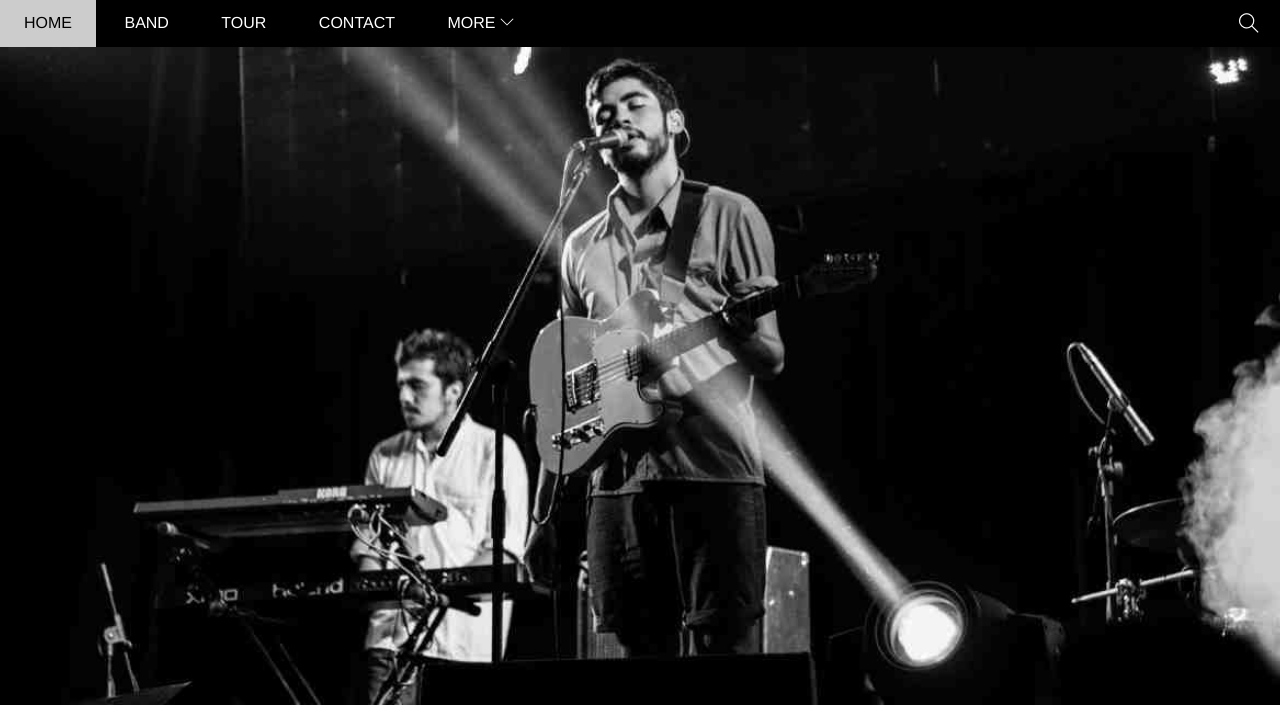
Repository: qhoa25623/The-Band
Page: index.html
These files come from the project's save history. The page is drawn as it stood at one moment and after a run of saves; the edit follows.
The browser window is 1280 px wide. The pictures show the whole page.

Above is the page before, as saved 2022-04-25 22:41:49.

### index.html
<!DOCTYPE html>
<html lang="en">
  <head>
    <meta charset="UTF-8" />
    <meta http-equiv="X-UA-Compatible" content="IE=edge" />
    <meta name="viewport" content="width=device-width, initial-scale=1.0" />
    <title>Document</title>
    <link rel="stylesheet" href="./assets/css/styles.css" />
    <link rel="stylesheet" href="./assets/fonts/themify-icons/themify-icons.css" />
  </head>
  <body>
    <div id="main">
      <div id="header">
        <ul id="nav">
          <li><a href="">Home</a></li>
          <li><a href="">Band</a></li>
          <li><a href="">Tour</a></li>
          <li><a href="">Contact</a></li>
          <li>
            <a href="">
              More
              <i class="nav-arrow-down ti-angle-down"></i>
            </a>
            <ul class="subnav">
              <li><a href="">Merchandise</a></li>
              <li><a href="">Extras</a></li>
              <li><a href="">Media</a></li>
            </ul>
          </li>
        </ul>
        <div class="search-btn">
          <i class="search-icon ti-search"></i>
        </div>
      </div>
      <div id="slider">
        <div class="text-content">
          <div class="text-heading">Chicago</div>
        </div>
      </div>
      <div id="content"></div>
      <div id="footer"></div>
    </div>
  </body>
</html>

### assets/css/styles.css
/* Reset CSS */
* {
  padding: 0;
  margin: 0;
  box-sizing: border-box;
}
html {
  font-family: Helvetica, Arial, sans-serif;
}
#main {
}
#header {
  position:fixed;
  top:0;
  left:0;
  right:0;
  height: 46.5px;
  background-color: #000;
}
#nav {
  display: inline-block;
}
#nav,
.subnav {
  list-style-type: none;
}
#nav > li {
  display: inline-block;
}
#nav li {
  position: relative;
}
#nav > li > a {
  color: #fff;
  text-transform: uppercase;
}
#nav li a {
  text-decoration: none;
  line-height: 46.5px;
  padding: 0 24px;
  display: block;
}
#nav li:hover .subnav {
  display: block;
}
#nav > li:hover > a,
#nav .subnav li:hover a {
  color: #000;
  background-color: #ccc;
}
#nav .subnav {
  min-width: 160px;
  top: 100%;
  left: 0;
  display: none;
  position: absolute;
  background-color: #fff;
  box-shadow: 0 0 10px rgba(0, 0, 0, 0.3);
}
#nav .subnav a {
  color: #000;
  padding: 0 16px;
  line-height: 38.5px;
}
#nav .nav-arrow-down {
  font-size: 14px;
}
#header .search-btn {
  float: right;
  padding: 0 21px;
}
#header .search-btn:hover {
  background-color: #f44336;
}
#header .search-icon {
  color: #fff;
  font-size: 20px;
  line-height: 46.5px;
}
#slider {
  margin-top:46.5px;
  padding-top:50%;
  background: url('/assets/img/slider/slider1.jpg') top center / cover no-repeat;
}
#content {
}
#footer {
}

Loaded but not shown: assets/fonts/themify-icons/themify-icons.css (common file)

After the next 2 saves:
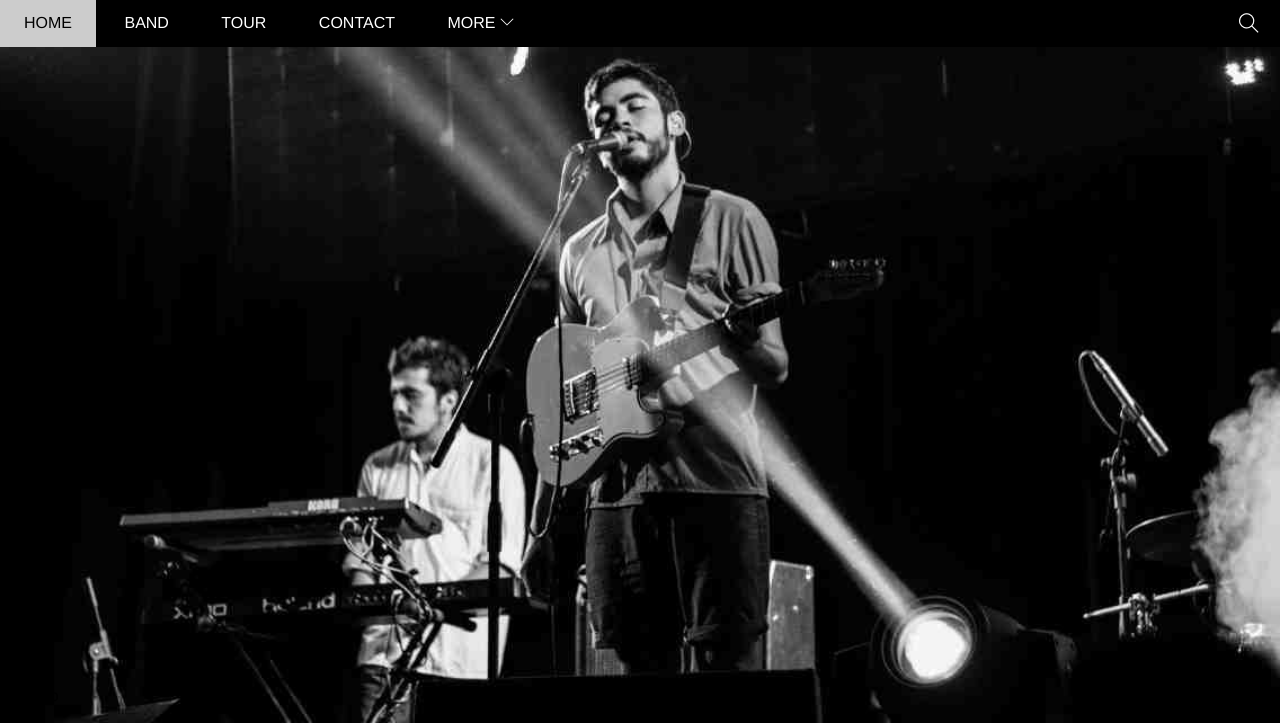
The 2 saves are shown as one change because they came seconds apart.
The last was saved 6 s later.
--- a/index.html
+++ b/index.html
@@ -35,6 +35,7 @@
       <div id="slider">
         <div class="text-content">
           <div class="text-heading">Chicago</div>
+          te
         </div>
       </div>
       <div id="content"></div>
